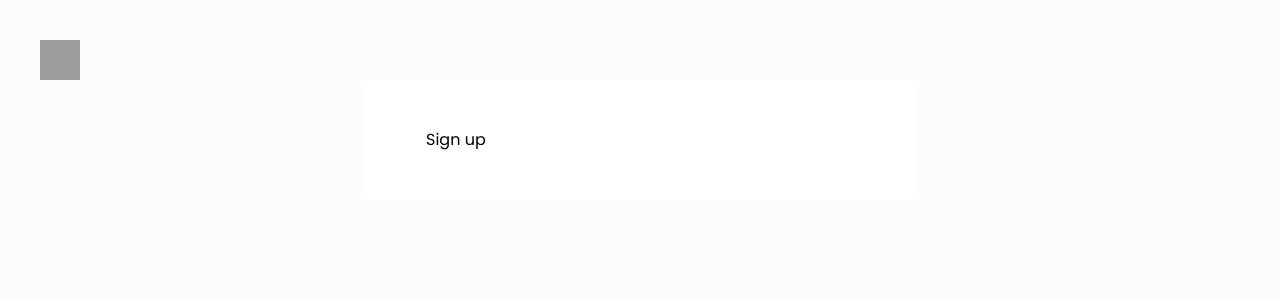
Repository: theweirdboiz/cudotiem-admin
Page: /auth/signup
An editor plug-in stored every save of this project. The page is shown before and after the next save, followed by the edit.
The browser window is 1280 px wide. The pictures show the whole page.
Pictures or frames that could not be fetched are drawn as grey boxes. The project was rebuilt for these pictures with package versions that can differ from the ones it lists, and the page was loaded fresh each time. Some packages were replaced by stand-ins written for this rebuild. Also part of the build but not shown: vite.config.js, src/components/checkbox/Checkbox.jsx, src/components/input/Input.jsx, src/components/common/ErrorComponent.jsx, src/layouts/components/header/Header.jsx, src/layouts/components/sidebar/Sidebar.jsx, src/layouts/components/index.jsx, src/layouts/DefaultLayout.jsx.

Above is the page before, as saved 2023-03-07 09:46:35.

### index.html
<!DOCTYPE html>
<html lang="en">
  <head>
    <meta charset="UTF-8" />
    <link rel="icon" type="image/svg+xml" href="/vite.svg" />
    <meta name="viewport" content="width=device-width, initial-scale=1.0" />
    <link rel="preconnect" href="https://fonts.googleapis.com" />
    <link rel="preconnect" href="https://fonts.gstatic.com" crossorigin />
    <link
      href="https://fonts.googleapis.com/css2?family=Poppins:wght@300;400;500;600;700&display=swap"
      rel="stylesheet"
    />
    <title>Vite + React</title>
  </head>
  <body>
    <div id="root"></div>
    <script type="module" src="/src/main.jsx"></script>
  </body>
</html>

### src/main.jsx
import React from "react";
import ReactDOM from "react-dom/client";
import App from "./App";
import "./index.scss";
import { QueryClient, QueryClientProvider } from "@tanstack/react-query";
import { ReactQueryDevtools } from "@tanstack/react-query-devtools";
import { Provider } from "react-redux";
import { store } from "./store/configStore";

const client = new QueryClient();

ReactDOM.createRoot(document.getElementById("root")).render(
  <React.StrictMode>
    <QueryClientProvider client={client}>
      <Provider store={store}>
        <App />
      </Provider>
      <ReactQueryDevtools initialIsOpen={false} />
    </QueryClientProvider>
  </React.StrictMode>
);

### src/App.jsx
import { Fragment, useState } from "react";
import { BrowserRouter as Router, Routes, Route } from "react-router-dom";
import { publicRoutes, privateRoutes } from "@routes";
import { DefaultLayout } from "@layouts";

function App() {
  return (
    <Router>
      <Routes>
        {/* {publicRoutes.map((route, index) => {
          const Page = route.component;
          const Layout = route.layout === null ? Fragment : DefaultLayout;
          return (
            <Route
              key={index}
              path={route.path}
              element={
                <Layout>
                  <Page />
                </Layout>
              }
            />
          );
        })}*/}
        {privateRoutes.map((route, index) => {
          const Page = route.component;
          let Layout = DefaultLayout;
          if (route.layout === null) {
            Layout = Fragment;
          } else {
            Layout = route.layout;
          }
          return (
            <Route
              key={index}
              path={route.path}
              element={
                <Layout>
                  <Page />
                </Layout>
              }
            />
          );
        })}
      </Routes>
    </Router>
  );
}

export default App;

### src/index.scss
@tailwind base;
@tailwind components;
@tailwind utilities;

@layer base {
  body {
    @apply font-primary  text-base;
  }
}

### src/store/configStore.jsx
import createSagaMiddleware from "@redux-saga/core";
import { configureStore } from "@reduxjs/toolkit";
import logger from "redux-logger";

const sagaMiddleware = createSagaMiddleware();

export const store = configureStore({
  reducer: {},
  middleware: (gDM) => gDM().concat(logger, sagaMiddleware),
});

### src/layouts/index.jsx
export { default as DefaultLayout } from "./DefaultLayout";
export { default as AuthLayout } from "./AuthLayout";

### src/routes/routes.jsx
import { RoutesConfig } from "@config/";

// import { SignUpPage } from "@pages";

import { AuthLayout } from "@layouts";
import { lazy } from "react";

const SignUpPage = lazy(() => import("@pages/auth/SingUpPage"));

const publicRoutes = [
  // {
  //   path: RoutesConfig.dashboard,
  //   component: Dashboard,
  //   text: "dashboard",
  // },
  // {
  //   path: RoutesConfig.order,
  //   component: OrderManagement,
  //   text: "order",
  // },
  // {
  //   path: RoutesConfig.post,
  //   component: PostManagement,
  //   text: "post",
  // },
  // {
  //   path: RoutesConfig.user,
  //   component: UserManagement,
  //   text: "user",
  // },
];
const privateRoutes = [
  // {
  //   path: RoutesConfig.login,
  //   component: Login,
  //   layout: AuthLayout,
  // },
  // {
  //   path: RoutesConfig.register,
  //   component: Register,
  //   layout: AuthLayout,
  // },
  {
    path: RoutesConfig.signup,
    component: SignUpPage,
    layout: AuthLayout,
  },
];

export { publicRoutes, privateRoutes };

### src/layouts/AuthLayout.jsx
import React from "react";
import PropTypes from "prop-types";
import { Link } from "react-router-dom";
import { withErrorBoundary } from "react-error-boundary";
import { ErrorComponent } from "@components";

import brand from "../assets/react.svg";

const AuthLayout = ({ children }) => {
  return (
    <div className="min-h-screen bg-lite p-10">
      <Link to="">
        <img src={brand} alt="" className="w-10 h-10" />
      </Link>
      <div className="w-full bg-white max-w-[556px] rounded-xl px-5 py-8 lg:px-16 lg:py-12 mx-auto">
        {children}
      </div>
    </div>
  );
};

AuthLayout.propTypes = {
  children: PropTypes.node,
};

export default withErrorBoundary(AuthLayout, {
  FallbackComponent: ErrorComponent,
});

### src/config/index.jsx
export { default as RoutesConfig } from "./routes-config/RoutesConfig";

### src/pages/auth/SingUpPage.jsx
import React from "react";
import PropTypes from "prop-types";

const SideUpPage = (props) => {
  return (
    <>
      <h3>Sign up</h3>
    </>
  );
};

SideUpPage.propTypes = {};

export default SideUpPage;

### src/components/index.jsx
export { default as Checkbox } from "./checkbox/Checkbox";
export { default as Input } from "./input/Input";
export { default as ErrorComponent } from "./common/ErrorComponent";

### src/config/routes-config/RoutesConfig.jsx
export const routes = {
  dashboard: "/",
  orders: "/order",
  posts: "/post",
  users: "/user",
  signup: "/auth/signup",
  forget: "/forget-password",
};
export default routes;

### tailwind.config.cjs
/** @type {import('tailwindcss').Config} */
module.exports = {
  content: ["./index.html", "./src/**/*.{js,ts,jsx,tsx}"],
  theme: {
    extend: {
      fontFamily: {
        primary: ["Poppins", "sans-serif"],
      },
    },
    colors: {
      primary: "#1DC071",
      secondary: "#6F49FD",
      "text-1": "#171725",
      "text-2": "#4B5264",
      "text-3": "#808191",
      "text-4": "#B2B3BD",
      "icon-color": "#A2A2A8",
      white: "#FFFFFF",
      "white-soft": "#FCFBFF",
      "gray-soft": "#FCFCFC",
      strock: "#F1F1F3",
      lite: "#FCFCFD",
      error: "#EB5757",
      darkbg: "#13131A",
      darkSecondary: "#1C1C24",
      softDark: "#22222C",
      darkStroke: "#3A3443",
      darkRed: "#422C32",
    },
  },
  plugins: [],
};

Loaded but not shown: src/routes/index.jsx (common file)

After the next save:
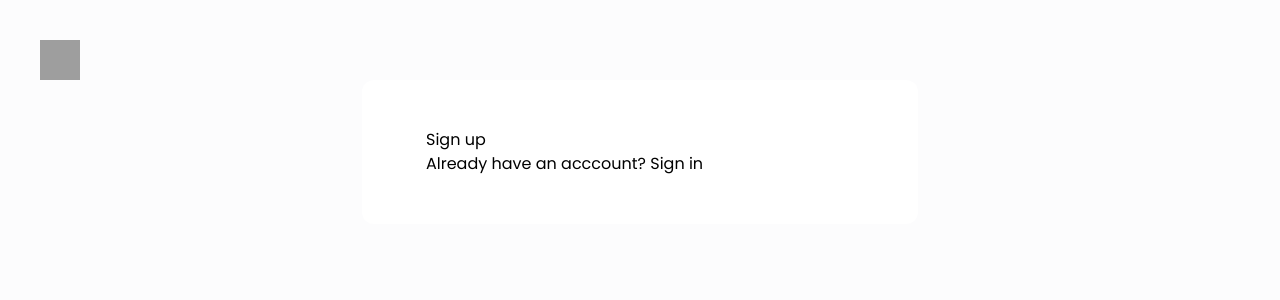
Saved 39 s later.
--- a/src/pages/auth/SingUpPage.jsx
+++ b/src/pages/auth/SingUpPage.jsx
@@ -1,10 +1,14 @@
 import React from "react";
 import PropTypes from "prop-types";
+import { Link } from "react-router-dom";
 
 const SideUpPage = (props) => {
   return (
     <>
       <h3>Sign up</h3>
+      <p>
+        Already have an acccount? <Link to="/auth/signin">Sign in</Link>
+      </p>
     </>
   );
 };
